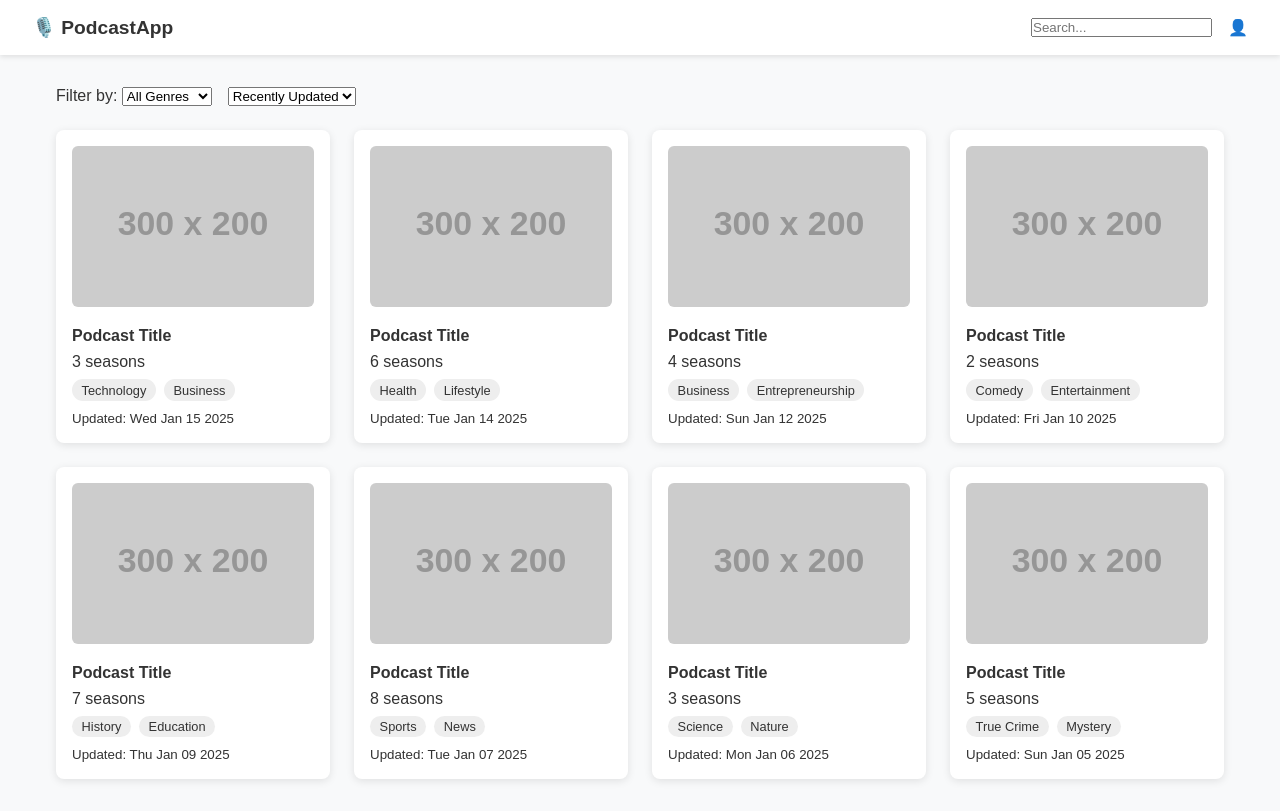
Repository: andajonas/ANDJON25111_fto2505_A_Anda-Jonas_DJS01
Page: index.html
The author's editor kept a copy of each file at every save. The page is drawn from the files as they stood at one save, then again after the next save.
The browser window is 1280 px wide. The pictures show the whole page.

Above is the page before, as saved 2025-09-03 18:10:24.

After the next save:
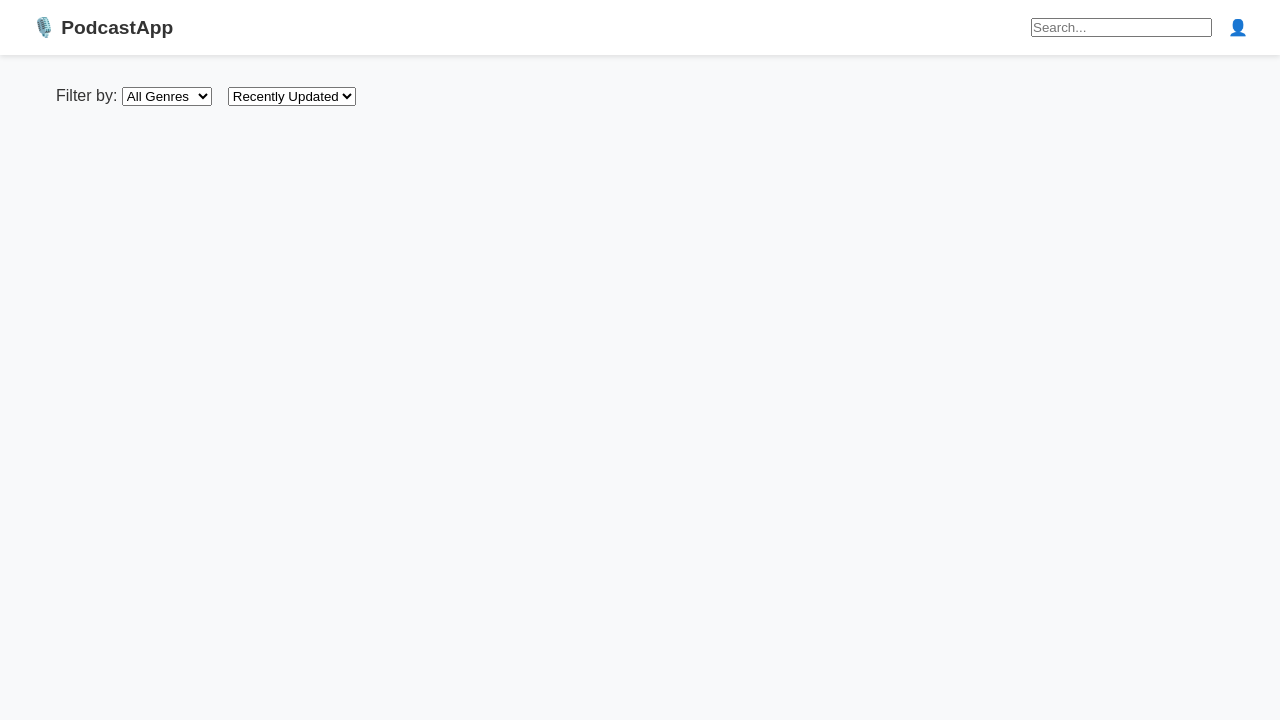
Console error: SyntaxError: Unexpected token ':'
Saved 88 s later.
--- a/app.js
+++ b/app.js
@@ -5,7 +5,7 @@
       genres: ["Technology", "Business"],
       updated: "2025-01-15",
       cover: "https://via.placeholder.com/300x200",
-      description: "Weekly deep dive into technology trends, AI, and startups.",
+      description:
       seasonList: [
         { name: "Season 1: Getting Started", desc: "Introduction", episodes: 12 },
         { name: "Season 2: Advanced Topics", desc: "Deep dives", episodes: 15 }

After the save that followed:
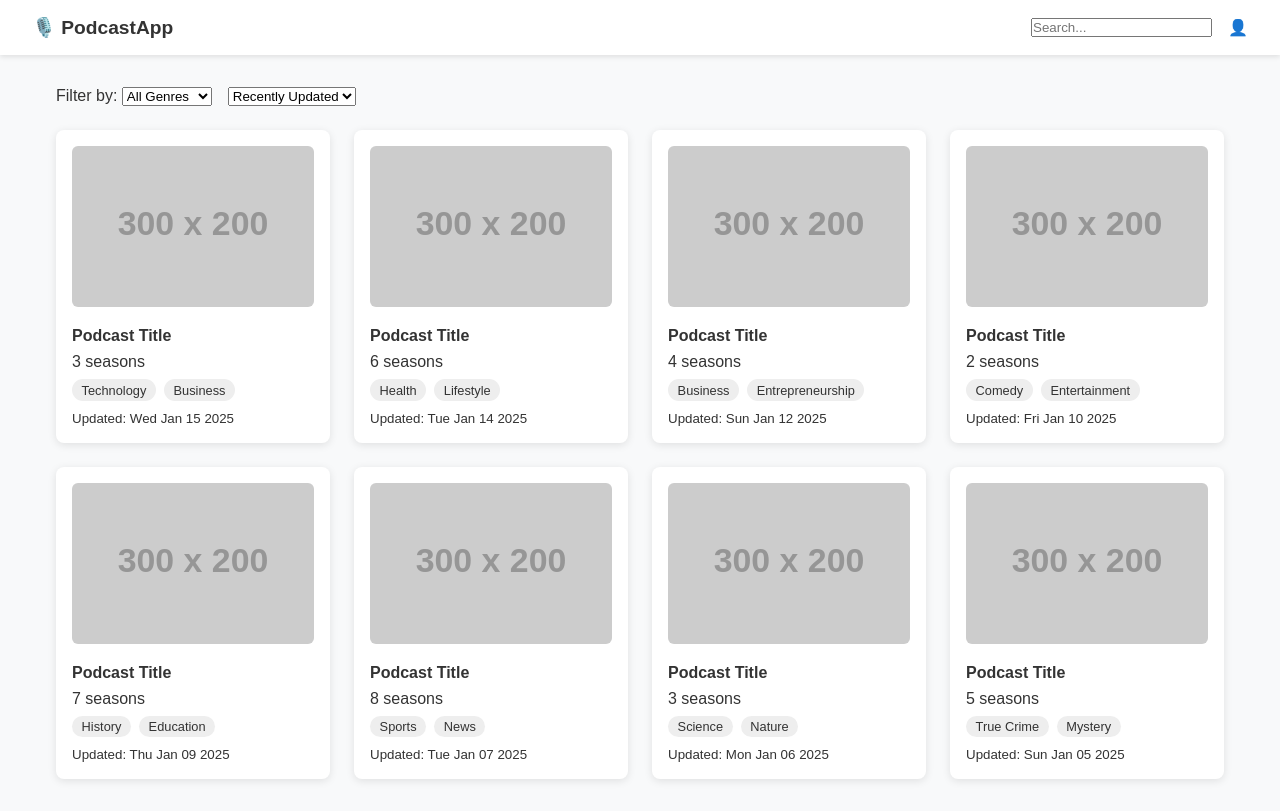
The error is gone.
Saved 32 s later.
--- a/app.js
+++ b/app.js
@@ -5,7 +5,7 @@
       genres: ["Technology", "Business"],
       updated: "2025-01-15",
       cover: "https://via.placeholder.com/300x200",
-      description:
+      description: "Weekly deep dive into technology trends, AI, and startups.",
       seasonList: [
         { name: "Season 1: Getting Started", desc: "Introduction", episodes: 12 },
         { name: "Season 2: Advanced Topics", desc: "Deep dives", episodes: 15 }
